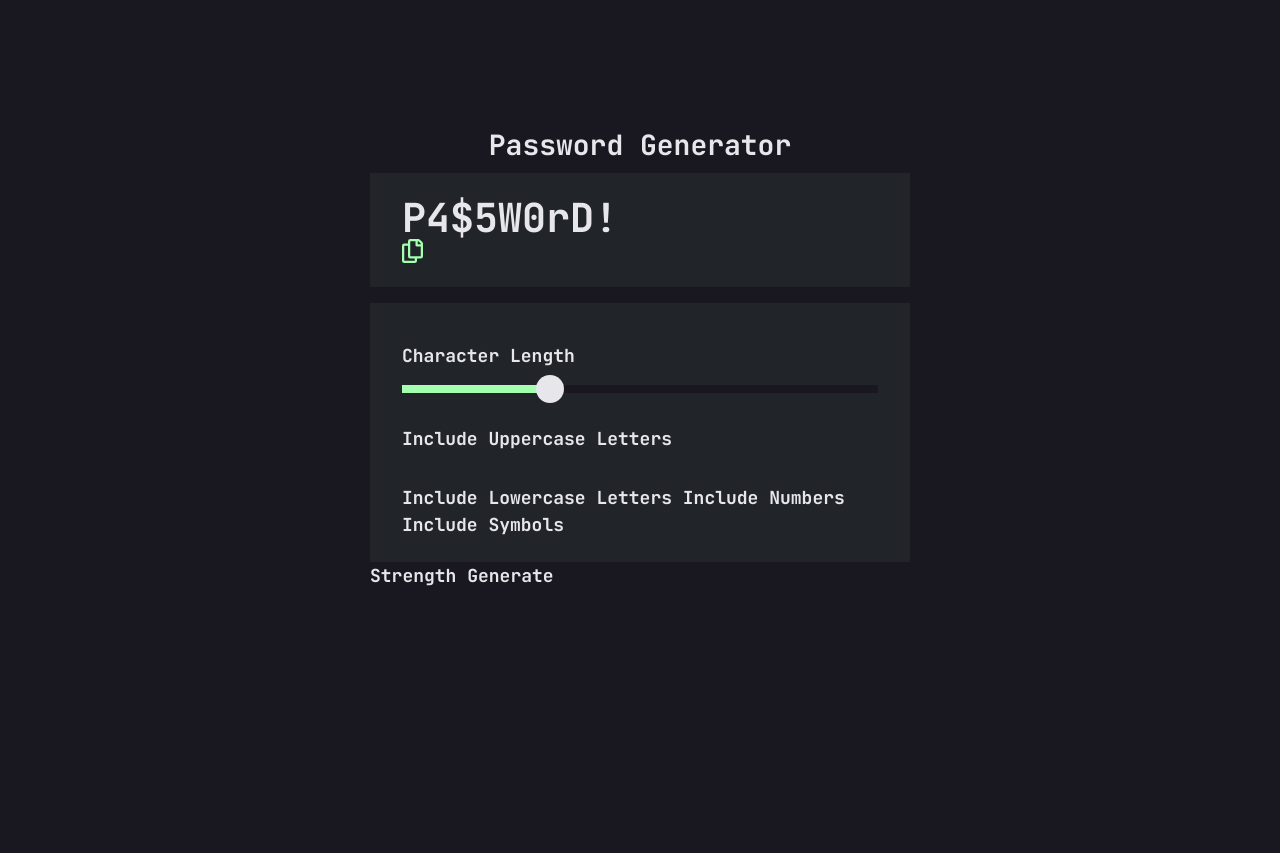
Repository: blordeus/password-generator-app
Page: starter-code/index.html
An editor plug-in stored every save of this project. The page is shown before and after a run of saves, followed by the edit.
The browser window is 1280 px wide. The pictures show the whole page.

Above is the page before, as saved 2023-10-05 20:08:01.

### starter-code/index.html
<!DOCTYPE html>
<html lang="en">
<head>
  <meta charset="UTF-8">
  <meta name="viewport" content="width=device-width, initial-scale=1.0">
  <link href="https://cdn.jsdelivr.net/npm/bootstrap@5.3.2/dist/css/bootstrap.min.css" rel="stylesheet" integrity="sha384-T3c6CoIi6uLrA9TneNEoa7RxnatzjcDSCmG1MXxSR1GAsXEV/Dwwykc2MPK8M2HN" crossorigin="anonymous">
  <script src="https://cdn.jsdelivr.net/npm/bootstrap@5.3.2/dist/js/bootstrap.bundle.min.js" integrity="sha384-C6RzsynM9kWDrMNeT87bh95OGNyZPhcTNXj1NW7RuBCsyN/o0jlpcV8Qyq46cDfL" crossorigin="anonymous" defer></script>
  <link rel="icon" type="image/png" sizes="32x32" href="./assets/images/favicon-32x32.png">
  <link rel="stylesheet" href="./assets/style.css">
  <link href="https://fonts.googleapis.com/css2?family=JetBrains+Mono:wght@700&display=swap" rel="stylesheet">
  <title>Frontend Mentor | Password generator app</title>
</head>
<body>
<main class="main">

    <h1 class="fs-3 title text-grey">Password Generator</h1>

    <div class="field bg-dark fs-1 flex">
      <p id="fieldText" class="fieldText text-grey">P4$5W0rD!</p>
      <div class="copy flex">
        <p id="copyMsg" class="fs-3 uppercase text-green">copied</p>
        <img id="copyIcon" src="./assets/images/icon-copy.svg" alt="">
      </div>
    </div>

    <div class="options bg-dark">
      <label for="slider" class="sliderLabel flex">Character Length <span class="sliderValue fs-1 text-green" id="sliderValue"></span></label>
      <input type="range" class="slider" name="slider" id="slider" min="5" max="15" value="8">
      <div class="checkboxes flex">
        <label for="indlUppercase" class="chec">Include Uppercase Letters</label>
      </div>
      Include Lowercase Letters
      Include Numbers
      Include Symbols
    </div>
    <div>
      Strength
      Generate
    </div>
</main>

</body>
</html>

### starter-code/assets/style.css
/* ------------------- */
/* Custom properties   */
/* ------------------- */

:root {
    /* colors */
    --clr-darkGrey: 248 10% 15%;
    --clr-grey: 251 9% 53%;
    --clr-almostWhite: 252 11% 91%;
    --clr-veryDarkGrey: 248 15% 11%;
    --clr-neonGreen: 127 100% 82%;
    --clr-red: 0 91% 63%;
    --clr-orange: 13 95% 66%;
    --clr-yellow: 42 91% 68%;

    /* font-sizes */
    --fs-1: 1.5rem;
    --fs-2: 1.125rem;
    --fs-3: 1rem;
  }

  @media (min-width: 35em) {
    :root {
      --fs-1: 2rem;
      --fs-2: 1.5rem;
      --fs-3: 1.125rem;
    }
  }

  /* ------------------- */
  /* Reset               */
  /* ------------------- */

  /* https://piccalil.li/blog/a-modern-css-reset/ */

  /* Box sizing */
  *,
  *::before,
  *::after {
    box-sizing: border-box;
  }

  /* Reset margins */
  body,
  h1,
  h2,
  h3,
  h4,
  h5,
  p,
  figure,
  picture {
    margin: 0;
  }

  h1,
  h2,
  h3,
  h4,
  h5,
  h6,
  p {
    font-weight: 400;
  }

  /* set up the body */
  body {
    font-family: "JetBrains Mono", monospace;
    font-size: var(--fs-3);
    font-weight: 700;
    color: hsl(var(--clr-almostWhite));
    background-color: hsl(var(--clr-veryDarkGrey));
    min-height: 100vh;

    overflow-x: hidden;
  }

  /* make images easier to work with */
img,
picture {
  max-width: 100%;
  display: block;
}

/* make form elements easier to work with */
input,
button,
textarea,
select {
  font: inherit;
}

/* typography */

.uppercase {
    text-transform: uppercase;
  }

  .fs-1 {
    font-size: var(--fs-1);
    line-height: 2rem;
  }

  .fs-2 {
    font-size: var(--fs-2);
    line-height: 1.485rem;
  }

  .fs-3 {
    font-size: var(--fs-3);
    line-height: 1.32rem;
  }

  @media (min-width: 35em) {
    .fs-1 {
      line-height: 2.64rem;
    }

    .fs-2 {
      line-height: 1.98rem;
    }

    .fs-3 {
      line-height: 1.485rem;
    }
  }

  /*     Layout     */
/* -------------- */

.main {
    margin-top: 4rem;
    margin-inline: 1rem;
  }

  @media (min-width: 35em) {
    .main {
      max-width: 33.75rem;
      margin-top: 8.3125rem;
      margin-inline: auto;
    }
  }

  .title {
    text-align: center;
    margin-block: 0;
    margin-bottom: 1rem;
  }

  .field {
    padding: 1rem;
    justify-content: space-between;
    align-items: center;
    margin-bottom: 1rem;
  }

  @media (min-width: 35em) {
    .field {
      padding: 1.5rem 2rem;
    }
  }

  .copy {
    gap: 1rem;
    align-items: center;
  }

  #copyMsg {
    display: none;
  }

  .copyIcon:hover {
    cursor: pointer;
  }

  .copyIcon:hover .copyIconPath {
    fill: white;
  }

  .options {
    padding: 1rem;
  }

  @media (min-width: 35em) {
    .options {
      padding: 1.5rem 2rem;
    }
  }

  .sliderLabel {
    justify-content: space-between;
    align-items: center;
  }

  .slider {
    width: 100%;
    margin-top: 1rem;
    margin-bottom: 2rem;
  }

  input[type="range"] {
    -webkit-appearance: none;
    background: hsl(var(--clr-veryDarkGrey));
    accent-color: white;
    cursor: pointer;
    height: 8px;
    background-image: linear-gradient(
      hsl(var(--clr-neonGreen)),
      hsl(var(--clr-neonGreen))
    );
    background-size: 30% 100%;
    background-repeat: no-repeat;
  }

  input[type="range"]::-webkit-slider-thumb {
    height: 28px;
    width: 28px;
    background: hsl(var(--clr-almostWhite));
    -webkit-appearance: none;
    border-radius: 14px;
  }

  input[type="range"]:hover::-webkit-slider-thumb {
    background: hsl(var(--clr-veryDarkGrey));
    border: 2px solid hsl(var(--clr-neonGreen));
    -webkit-appearance: none;
  }

  .checkboxes {
    flex-direction: column;
    gap: 1rem;
    margin-bottom: 2rem;
  }

  /* Customize the label (the container) */
  .checkboxLabel {
    display: block;
    position: relative;
    padding-left: 2.5rem;
    cursor: pointer;
    -webkit-user-select: none;
    -moz-user-select: none;
    -ms-user-select: none;
    user-select: none;
  }

  /* Hide the browser's default checkbox */
  .checkboxLabel input {
    position: absolute;
    opacity: 0;
    cursor: pointer;
    height: 0;
    width: 0;
  }

  /* Create a custom checkbox */
  .checkmark {
    position: absolute;
    top: 0;
    left: 0;
    height: 20px;
    width: 20px;
    background-color: hsl(var(--clr-darkGrey));
    border: 2px solid hsl(var(--clr-almostWhite));
    display: flex;
    justify-content: center;
    align-items: center;
  }

  /* On mouse-over, add a background color */
  .checkboxLabel:hover input ~ .checkmark {
    border-color: hsl(var(--clr-neonGreen));
  }

  /* When the checkbox is checked, add a background */
  .checkboxLabel input:checked ~ .checkmark {
    background-color: hsl(var(--clr-neonGreen));
    border-color: hsl(var(--clr-neonGreen));
  }

  /* Create the checkmark/indicator (hidden when not checked) */
  .checkmark:after {
    content: "";
    position: absolute;
    display: none;
  }

  /* Show the checkmark when checked */
  .checkboxLabel input:checked ~ .checkmark:after {
    display: block;
  }

  .strength {
    background-color: hsl(var(--clr-veryDarkGrey));
    padding: 1rem;
    justify-content: space-between;
    align-items: center;
    margin-bottom: 1rem;
  }

  .strengthLvl {
    align-items: center;
  }

  .strengthLvl p {
    margin-right: 0.5rem;
  }

  .bars {
    width: 10px;
    height: 28px;
    border: 2px solid hsl(var(--clr-almostWhite));
    margin-left: 0.5rem;
  }

  .button {
    width: 100%;
    padding-top: 1.125rem;
    padding-bottom: 1.125rem;
    border: 2px solid hsl(var(--clr-neonGreen));
  }

  .button:hover {
    background-color: hsl(var(--clr-darkGrey));
    color: hsl(var(--clr-neonGreen));
    cursor: pointer;
  }

  .button svg {
    margin-left: 1rem;
  }

  .button:hover path {
    fill: hsl(var(--clr-neonGreen));
  }

  .alert {
    display: none;
    text-align: center;
    color: hsl(var(--clr-red));
  }

  /*  Level Classes */

  .tooWeak {
    background-color: hsl(var(--clr-red));
    border: 2px solid hsl(var(--clr-red));
  }

  .weak {
    background-color: hsl(var(--clr-orange));
    border: 2px solid hsl(var(--clr-orange));
  }

  .medium {
    background-color: hsl(var(--clr-yellow));
    border: 2px solid hsl(var(--clr-yellow));
  }

  .strong {
    background-color: hsl(var(--clr-neonGreen));
    border: 2px solid hsl(var(--clr-neonGreen));
  }

After the next 2 saves:
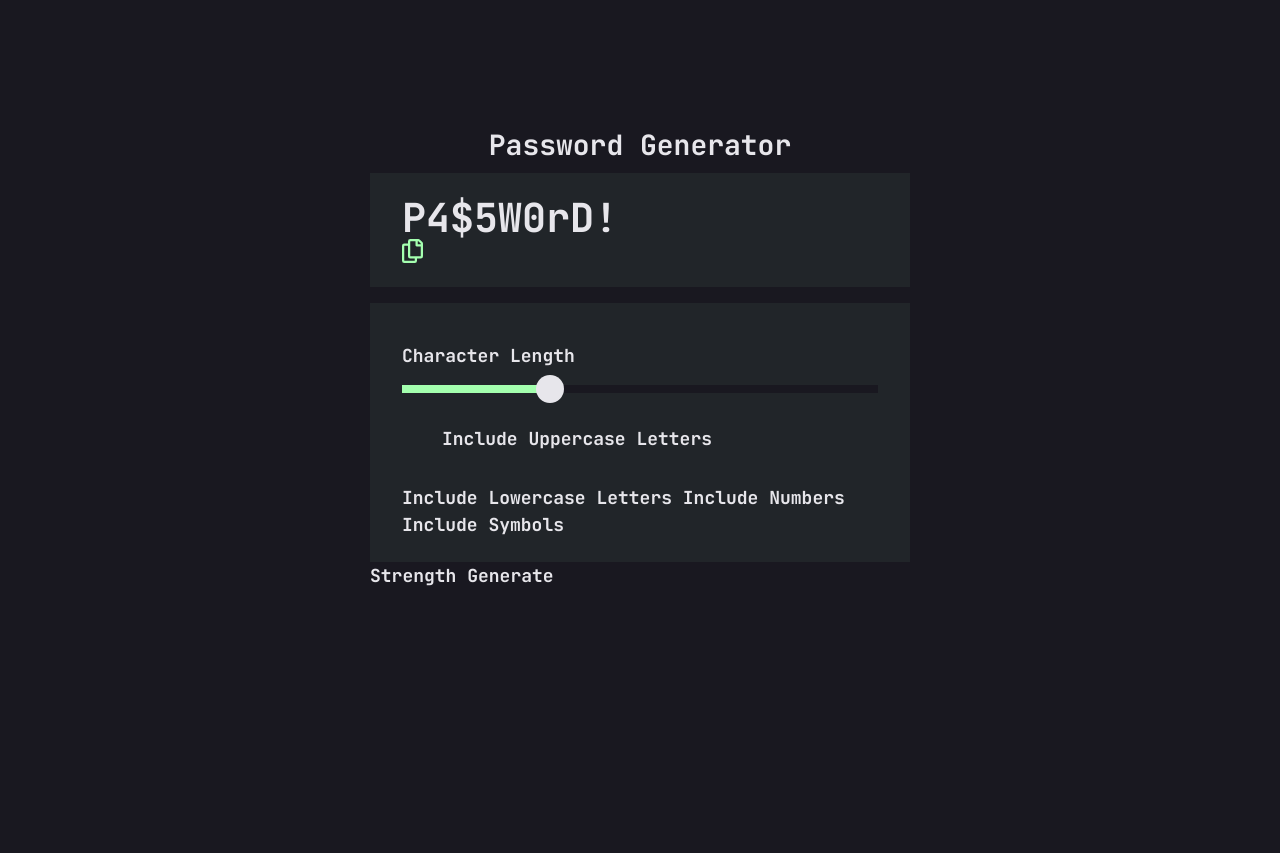
The 2 saves are shown as one change because they came seconds apart.
The last was saved 7 s later.
--- a/starter-code/index.html
+++ b/starter-code/index.html
@@ -27,7 +27,7 @@
       <label for="slider" class="sliderLabel flex">Character Length <span class="sliderValue fs-1 text-green" id="sliderValue"></span></label>
       <input type="range" class="slider" name="slider" id="slider" min="5" max="15" value="8">
       <div class="checkboxes flex">
-        <label for="indlUppercase" class="chec">Include Uppercase Letters</label>
+        <label for="indlUppercase" class="checkboxLabel" id="incl">Include Uppercase Letters</label>
       </div>
       Include Lowercase Letters
       Include Numbers
